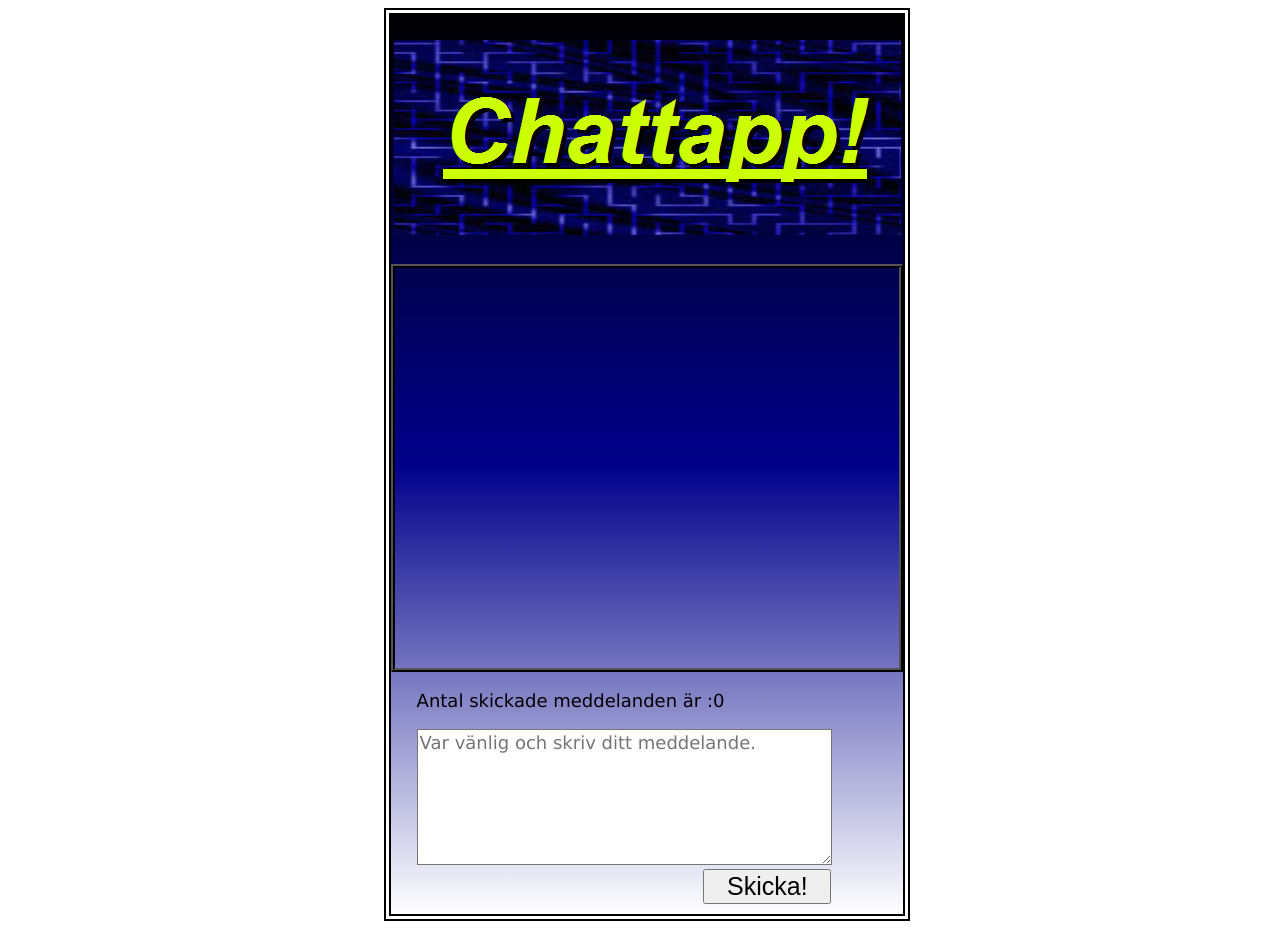
Repository: MartinArvidsson/1dv403-laborationer-Martin-Arvidsson
Page: 2-labbymezzage/index.html
The author's editor kept a record of every edit. The page is drawn from the files as they stood at one moment, then again after the next edit.
The browser window is 1280 px wide. The pictures show the whole page.

Above is the page before.

### 2-labbymezzage/index.html
<!DOCTYPE Html>
<html>
    <Head>
        <meta charset="UTF-8">
        <Title>Laboration 2 - Labby message</Title>
        <link rel="stylesheet" type="text/css" href="style.css">
    </Head>
    <body>
            <main>
                <div id="logotype">
                    <img src="logotypelabby.PNG" alt="logotype för chattappen">
                </div>
                <div id="messagesarea"></div>
                <p id="messagesSent">Antal skickade meddelanden är :0</p>
                <textarea id="textarea" rows="8" cols="60" placeholder="Var vänlig och skriv ditt meddelande."></textarea>
                <input id ="sendmessage" type="submit" value="Skicka!"/>
            </main>
        <script type="text/javascript" src="message.js"></script>
        <script type="text/javascript" src="messageApp.js"></script>
    </body>
</html>

### 2-labbymezzage/style.css
#logotype
{
    text-align:center;
    padding-top:25px;
    padding-bottom:25px;
}
body
{
   width:40%;
   margin-left:30%;
   border:double 7px black;
}
main
{
    background: linear-gradient(black,darkblue,white);
    border:7px black;
}
#messagesarea
{
    overflow-y:scroll;
    max-height:400px;
    height:400px;
    border:ridge 4px black;
}
#messagesSent
{

}
textarea
{
   font-family:Verdana;
    max-width:80%;
    width:80%;
    height:130px;
    font-size:18px;
    margin-bottom:1%;

}
textarea
{
    background-color:White;
    margin-right:5%;
    margin-left:5%;
}
p
{
   font-family:Verdana;
   font-size:18px;
   margin-left:5%;
}
#sendmessage
{
    width:25%;
    font-size:25px;
    margin-right:15%;
    margin-top:-1%;
    margin-left:61%;
    margin-bottom:2%;
}

### 2-labbymezzage/message.js
"use strict";

function Message (message, date){

    this.getText = function(){
        return message;
        };

    this.setText = function(_text){
        message = _text;
        };

    this.getDate =function(){
        return date;
    };

    this.setDate =function(_date){
        date = _date;
    };
}
Message.prototype.toString = function(){
    return this.getText()+" ("+this.getDate()+")";
}
Message.prototype.getHTMLText = function(){
    return this.getText().replace(/[\n\r]/g, "<br/>");
}
Message.prototype.getDateText = function (){

}

### 2-labbymezzage/messageApp.js
"use strict";
var messageApp = {
    messages:[],
    messagesSent: 0,
    init:function()
    {
        //var mess = new Message("Test1",new Date());
        //alert (mess);
        //alert (mess.getText());
       // mess.setText("Text2");
       // alert(mess);
    }
}
window.onload = messageApp.init;

After the next edit:
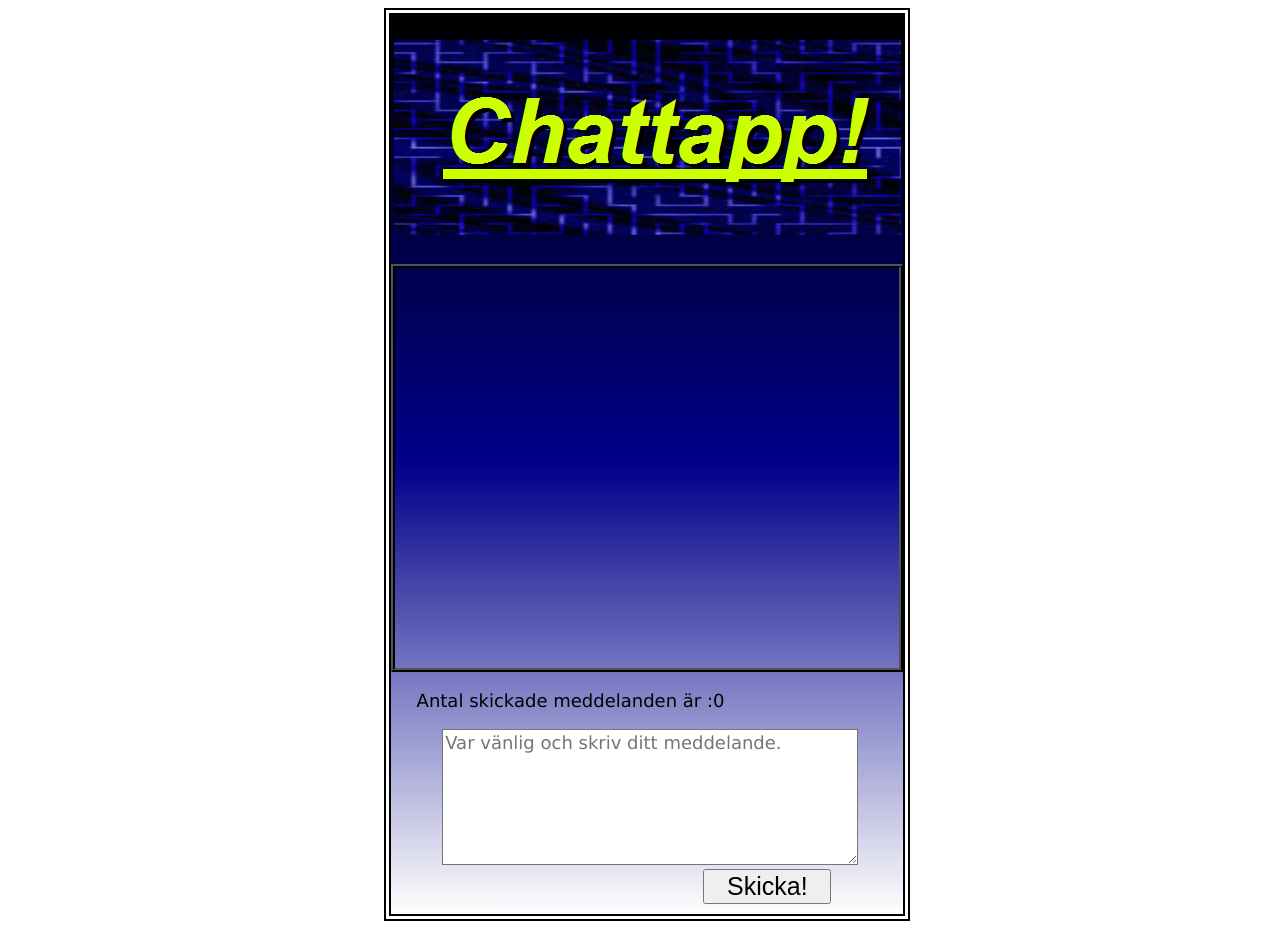
The edit:
--- a/2-labbymezzage/style.css
+++ b/2-labbymezzage/style.css
@@ -40,7 +40,7 @@
 {
     background-color:White;
     margin-right:5%;
-    margin-left:5%;
+    margin-left:10%;
 }
 p
 {
